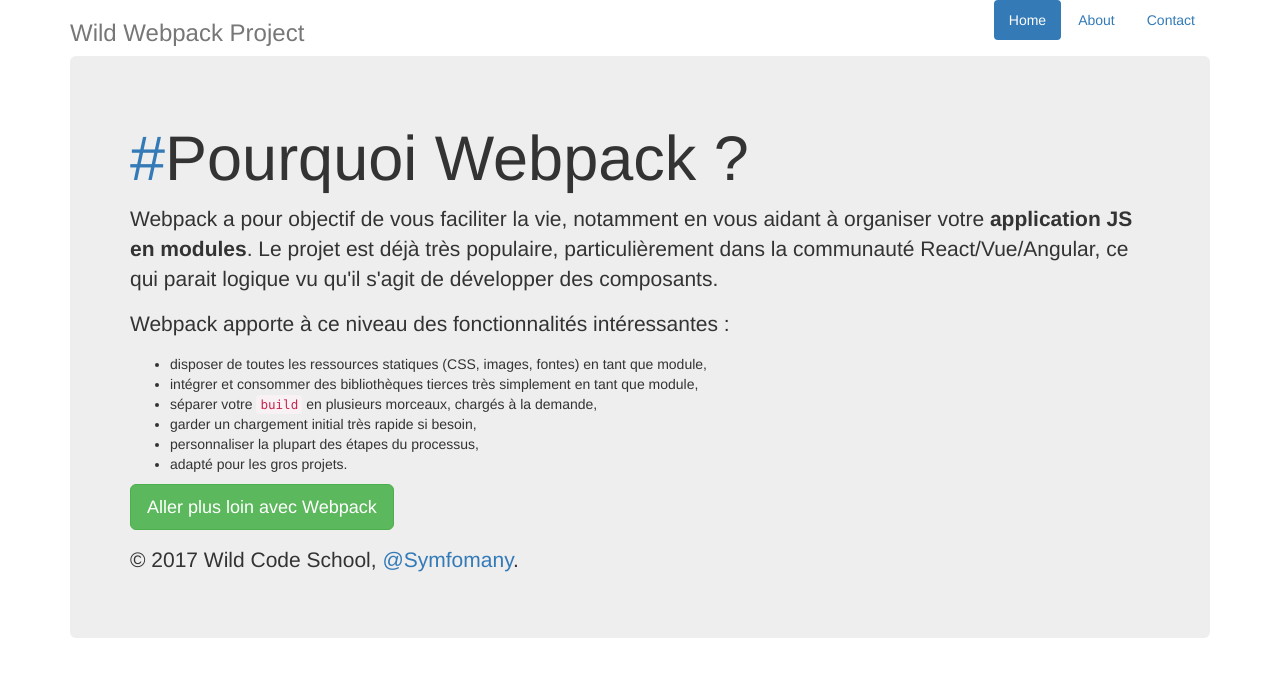
Repository: Symfomany/wildwebpack
Page: src/index.html
The author's editor kept a copy of each file at every save. The page is drawn from the files as they stood at one save, then again after the next save.
The browser window is 1280 px wide. The pictures show the whole page.

Above is the page before, as saved 2017-03-03 07:38:59.

### src/index.html
<!doctype html>
<html lang="fr">
<head>
  <meta charset="utf-8">
  <meta name="viewport" content="width=device-width, initial-scale=1">
  <title>Wild Webpack 2</title>
  <!--cdn Boostrap-->
  <link rel="stylesheet" type="" href="https://maxcdn.bootstrapcdn.com/bootstrap/3.3.7/css/bootstrap.min.css">
  <link href='http://fonts.googleapis.com/css?family=Roboto' rel='stylesheet' type='text/css'>

</head>
<body>
 <div class="container">
      <div class="header clearfix">
        <nav>
          <ul class="nav nav-pills pull-right">
            <li role="presentation" class="active"><a href="#">Home</a></li>
            <li role="presentation"><a href="#">About</a></li>
            <li role="presentation"><a href="#">Contact</a></li>
          </ul>
        </nav>
        <h3 class="text-muted">Wild Webpack Project</h3>
      </div>

      <div class="jumbotron">
        <div class="phenomic-BodyContainer" data-reactid="57"><h1 id="pourquoi-webpack-"><a href="#pourquoi-webpack-" class="phenomic-HeadingAnchor">#</a>Pourquoi Webpack ?</h1>
          <p>Webpack a pour objectif de vous faciliter la vie, notamment en vous aidant à
          organiser votre <b>application JS en modules</b></a>.
          Le projet est déjà très populaire, particulièrement dans la communauté React/Vue/Angular, ce qui
          parait logique vu qu'il s'agit de développer des composants.</p>
          <p>Webpack apporte à ce niveau des fonctionnalités intéressantes :</p>
          <ul>
          <li>disposer de toutes les ressources statiques (CSS, images, fontes) en tant que
          module,</li>
          <li>intégrer et consommer des bibliothèques tierces très simplement en tant
          que module,</li>
          <li>séparer votre <code>build</code> en plusieurs morceaux, chargés à la demande,</li>
          <li>garder un chargement initial très rapide si besoin,</li>
          <li>personnaliser la plupart des étapes du processus,</li>
          <li>adapté pour les gros projets.</li>
          </ul>
        <p><a class="btn btn-lg btn-success" href="https://webpack.js.org/concepts/" role="button">Aller plus loin avec Webpack</a></p>
      </div>


      <footer class="footer">
        <p>© 2017 Wild Code School, <a href="https://twitter.com/Symfomany?lang=fr">@Symfomany</a>.</p>
      </footer>

    </div>
</body>
</html>

After the next save:
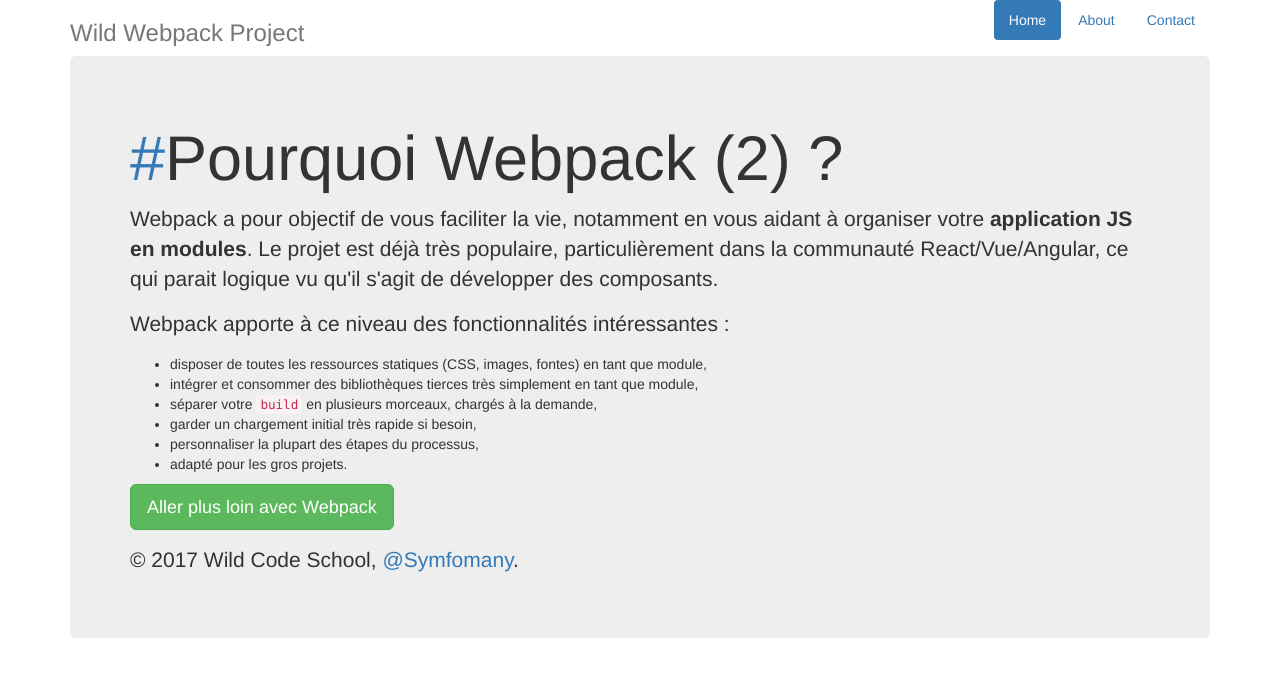
Saved 15 s later.
--- a/src/index.html
+++ b/src/index.html
@@ -23,7 +23,7 @@
       </div>
 
       <div class="jumbotron">
-        <div class="phenomic-BodyContainer" data-reactid="57"><h1 id="pourquoi-webpack-"><a href="#pourquoi-webpack-" class="phenomic-HeadingAnchor">#</a>Pourquoi Webpack ?</h1>
+        <div class="phenomic-BodyContainer" data-reactid="57"><h1 id="pourquoi-webpack-"><a href="#pourquoi-webpack-" class="phenomic-HeadingAnchor">#</a>Pourquoi Webpack (2) ?</h1>
           <p>Webpack a pour objectif de vous faciliter la vie, notamment en vous aidant à
           organiser votre <b>application JS en modules</b></a>.
           Le projet est déjà très populaire, particulièrement dans la communauté React/Vue/Angular, ce qui
